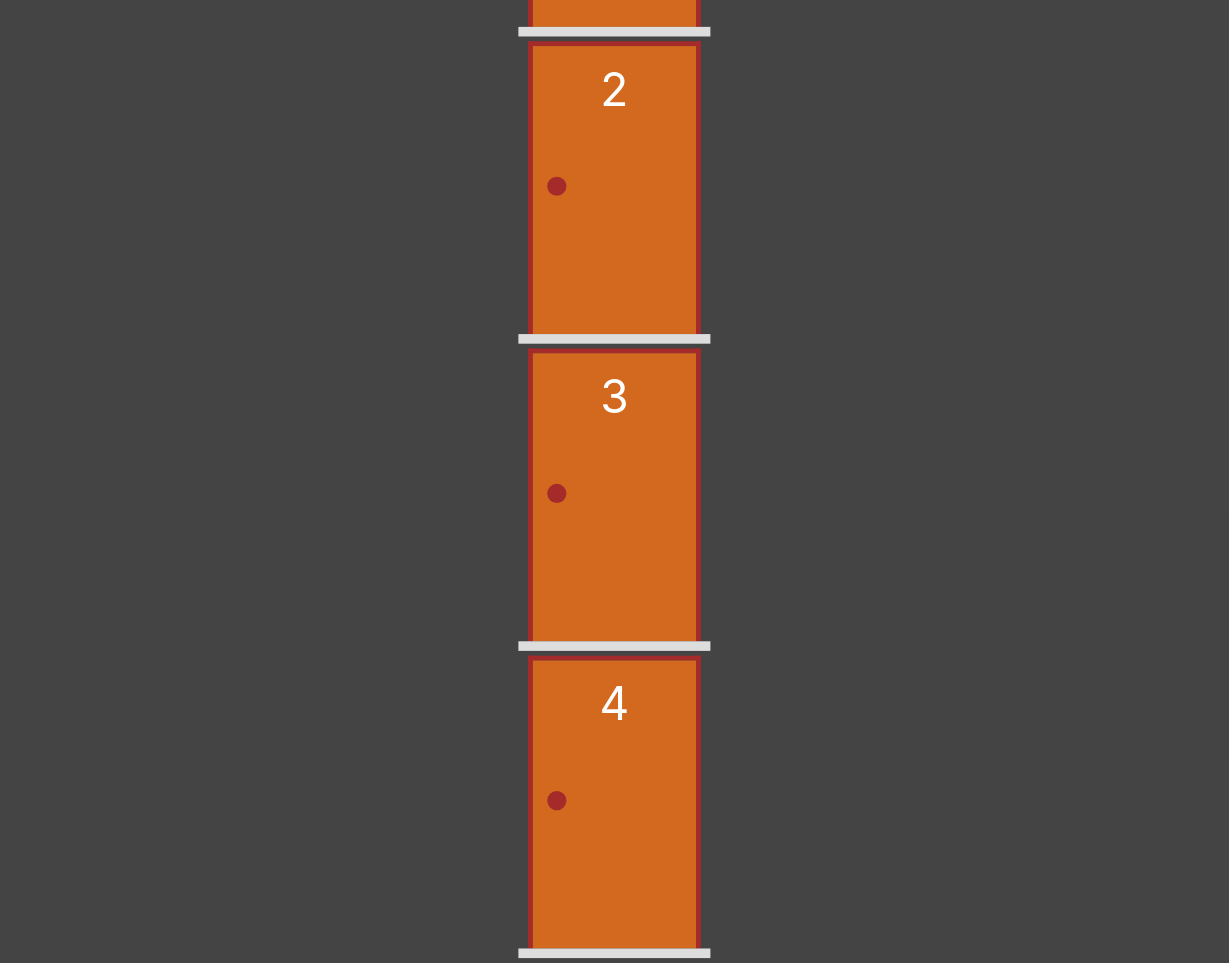
Repository: Mira757/Projeto-Porta-Premiada
Page: /jogo
These files come from the project's save history. The page is drawn as it stood at one moment and after the next save; the edit follows.
The browser window is 1280 px wide. The pictures show the whole page, at 96% of full size.
The project was rebuilt for these pictures with package versions that can differ from the ones it lists, and the page was loaded fresh each time. The framework's server and built-in components were replaced by stand-ins that run in the browser. Also part of the build but not shown: next.config.js, styles/Presente.module.css, components/Presente.jsx.

Above is the page before, as saved 2022-03-22 17:06:30.

### pages/jogo.tsx
import styles from "../styles/Jogo.module.css"
import { useState } from "react";
import Porta from "../components/Porta";
import { atualizarPortas, criarPortas } from "../functions/portas";
import Link from "next/link"

export default function jogo () {
  const [portas,setPortas] = useState(criarPortas(4,2))

  function renderizarPortas() {
    return portas.map(porta => {
      return <Porta key={porta.numero} value={porta} onChange={novaporta => setPortas(atualizarPortas(portas, novaporta))}/>
    })
  }

  return (
    <div id={styles.jogo}>
      <div>
        {renderizarPortas()}
      </div>
      <div className={styles.botoes}>

      </div>
    </div>
  )
}

### styles/globals.css
html,
body {
  padding: 0;
  margin: 0;
  font-family: -apple-system, BlinkMacSystemFont, Segoe UI, Roboto, Oxygen,
    Ubuntu, Cantarell, Fira Sans, Droid Sans, Helvetica Neue, sans-serif;
  background-color: #444;
  color: #fff;
}

a {
  color: inherit;
  text-decoration: none;
}

* {
  box-sizing: border-box;
}

### styles/Jogo.module.css
#jogo {
  display: flex;
  flex-direction: column;
  justify-content: center;
  align-items: center;
  height: 100vh;
}

.portass {
  display: flex;
  align-self: stretch;
  justify-content: space-around;
  flex-wrap: wrap;
}

### components/Porta.tsx
import styles from "../styles/Porta.module.css"
import PortaModel from '../model/porta'
import Presente from './Presente'

interface PortaProps {
  value: PortaModel
  onChange: (novaPorta: PortaModel) => void
}

export default function Porta(props: PortaProps) {

  const  porta  = props.value
  const selecionada = porta.selecionada && !porta.aberta ? styles.selecionada : ''

  const alterarSelecao = e => props.onChange(porta.alterarSelecao())
  const abrir = e => {
    e.stopPropagation()
    props.onChange(porta.abrir())
  }

  function renderizarPorta() {
    return (
      <div className={styles.porta}>
          <div className={styles.numero}>{porta.numero}</div>
          <div className={styles.macaneta} onClick={abrir} ></div>

        </div>
    )
  }

  return (
    <div className={styles.area} onClick={alterarSelecao}>
      <div className={`${styles.estrutura} ${selecionada}`}>
      {porta.fechada ? renderizarPorta() : porta.temPresente ? <Presente></Presente> : false}
      </div>
      <div className={styles.chao}></div>
    </div>
  )
}

### functions/portas.ts
import PortaModel from "../model/porta";

export function criarPortas(qtde: number,selecionada: number) : PortaModel[] {
  return Array.from({length:qtde}, (_,i) => {
    const numero = i+1
    const temPresente = numero === selecionada
    return new PortaModel(numero,temPresente)
  })
}

export function atualizarPortas(portas: PortaModel[], portaModificada: PortaModel) : PortaModel[] {
  return portas.map(portaAtual => {
    const igualModificada = portaAtual.numero === portaModificada.numero
    if (igualModificada) {
      return portaModificada
    } else {
      return portaModificada.aberta ? portaAtual : portaAtual.desmarcar()
    }
  })
}

### styles/Porta.module.css
.area {
  position: relative;
  display: flex;
  flex-direction: column;
  align-items: center;
  width: 200px;
  height: 315px;
  margin: 5px;
}

.estrutura {
  display: flex;
  flex-direction: column-reverse;
  width: 90%;
  flex-grow: 1;
  border-left: 5px solid brown;
  border-right: 5px solid brown;
  border-top: 5px solid brown;
  background-color: #0005;
}

.porta {
  display: flex;
  flex-direction: column;
  flex-grow: 1;
  background-color: chocolate;
  align-items: center;
  padding: 15px;
}

.numero {
  font-size: 3rem;
}

.macaneta {
  position: absolute;
  align-self: flex-start;
  top: calc(0.45 * 315px);
  height: 20px;
  width: 20px;
  border-radius: 10px;
  background-color: brown;
}

.chao {
  height: 10px;
  width: 100%;
  background-color: #ddd;
}

.selecionada {
  border-left: 5px solid yellow;
  border-right: 5px solid yellow;
  border-top: 5px solid yellow;
}

.selecionada .numero {
  color: yellow;
}

.selecionada .macaneta {
  background-color: yellow;
}

### model/porta.ts
export default class PortaModel {
  #numero: number
  #temPresente: boolean
  #selecionada: boolean
  #aberta: boolean

  constructor(numero: number,temPresente = false,selecionada = false, aberta = false) {
  this.#numero = numero
  this.#temPresente = temPresente
  this.#selecionada = selecionada
  this.#aberta = aberta
  }

  get numero() {
    return this.#numero
  }

  get temPresente() {
    return this.#temPresente
  }

  get selecionada() {
    return this.#selecionada
  }

  get aberta() {
    return this.#aberta
  }

  get fechada() {
    return !this.#aberta
  }

  desmarcar() {
    const selecionada = false
    return new PortaModel(this.numero,this.temPresente,selecionada,this.aberta)
  }

  alterarSelecao() {
    const selecionada = !this.selecionada
    return new PortaModel(this.numero,this.temPresente,selecionada,this.aberta)
  }

  abrir() {
    const aberta = true
    return new PortaModel(this.numero,this.temPresente,this.selecionada,aberta)
  }

}

Loaded but not shown: pages/_app.js (common file)

After the next save:
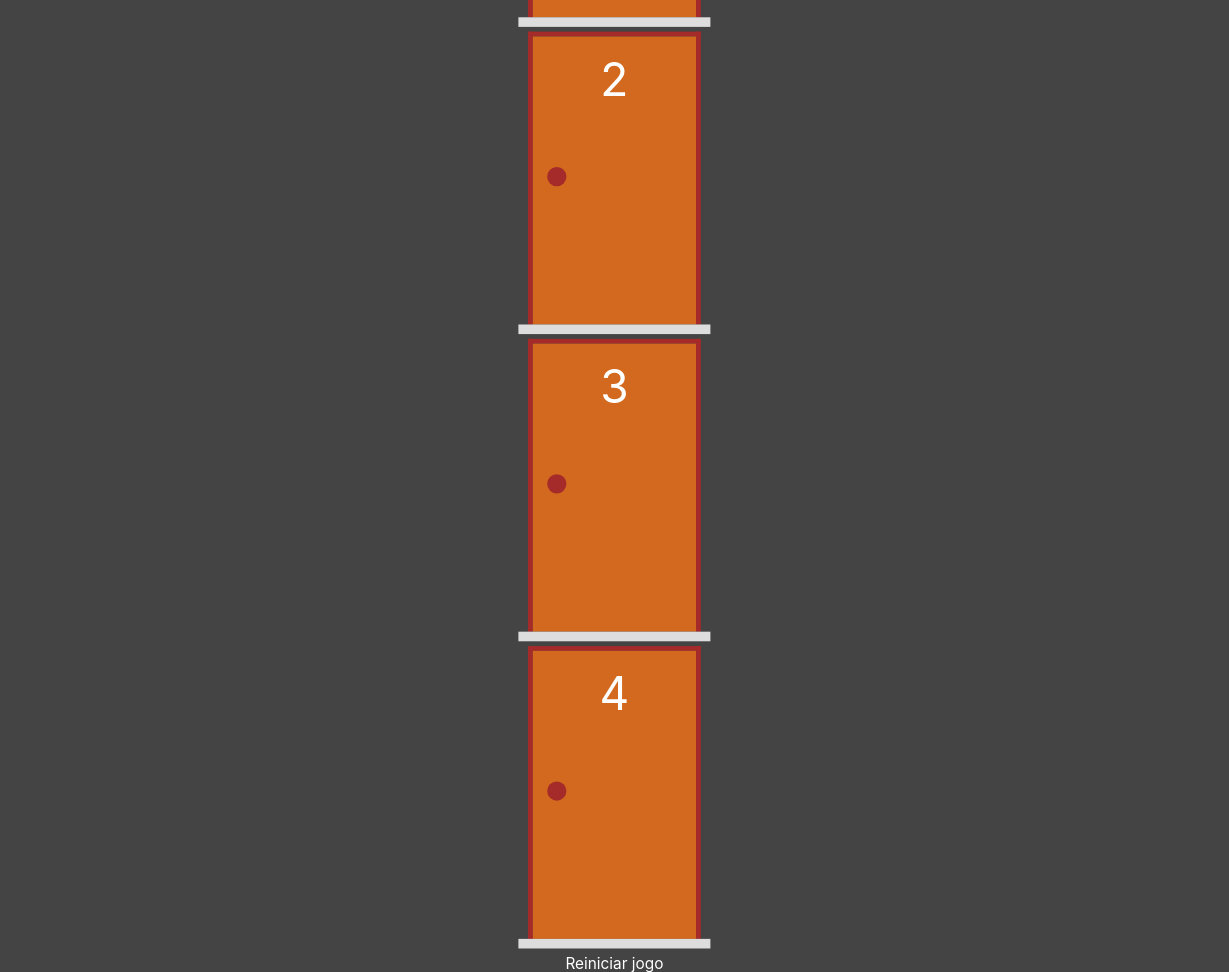
Saved 36 s later.
--- a/pages/jogo.tsx
+++ b/pages/jogo.tsx
@@ -19,7 +19,9 @@ export default function jogo () {
         {renderizarPortas()}
       </div>
       <div className={styles.botoes}>
-
+        <Link href={"/"}>
+          Reiniciar jogo
+        </Link>
       </div>
     </div>
   )
